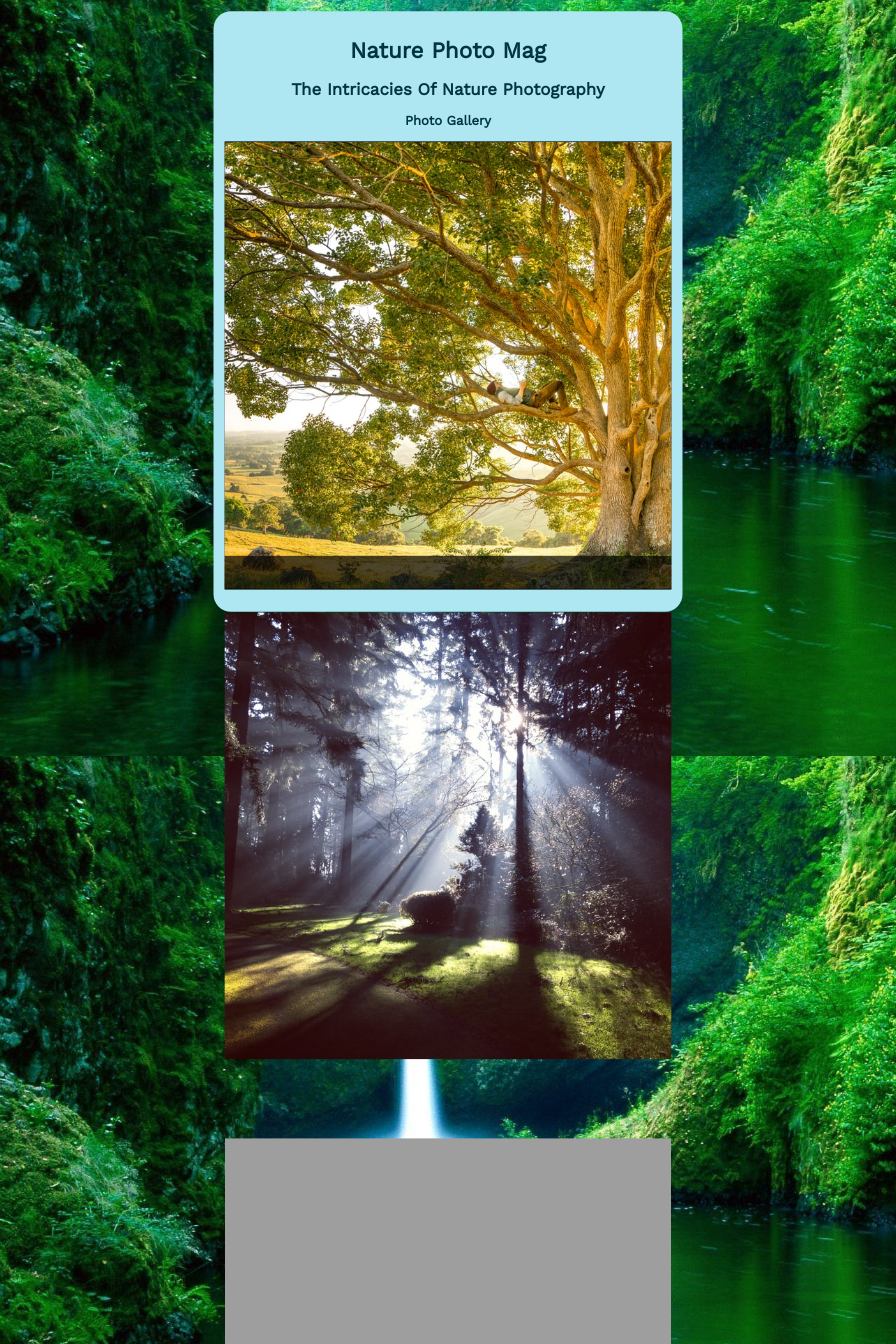
Repository: alexmaddux99/Image-Gallery
Page: index.html
An editor plug-in stored every save of this project. The page is shown before and after the next save, followed by the edit.
The browser window is 1280 px wide. The pictures show the part of the page from y = 0 to 1920 px (the page is 6890 px tall before and 910 px after), at 70% of full size.
Pictures or frames that could not be fetched are drawn as grey boxes. Backgrounds fixed to the window are drawn as part of the page.

Above is the page before, as saved 2022-03-09 10:37:05.
Console error: SyntaxError: Unexpected token '}'

After the next save:
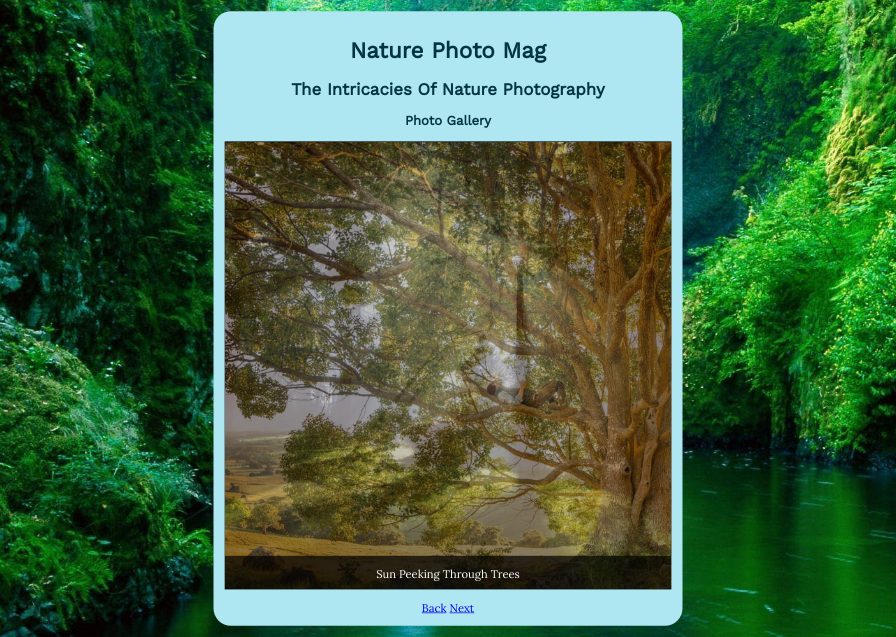
Console error: TypeError: Assignment to constant variable.
Saved 13 s later.
--- a/js/main.js
+++ b/js/main.js
@@ -26,13 +26,12 @@ function init() {
    // set the caption dynamically
    caption.innerHTML = frame.firstElementChild.alt;
 
-   myInterval = setInterval(changeSlide, 5000);
-}
+
 
    //show the controls
    controls.style.display = "block";
 
-
+   myInterval = setInterval(changeSlide, 5000);
 }
 
 
